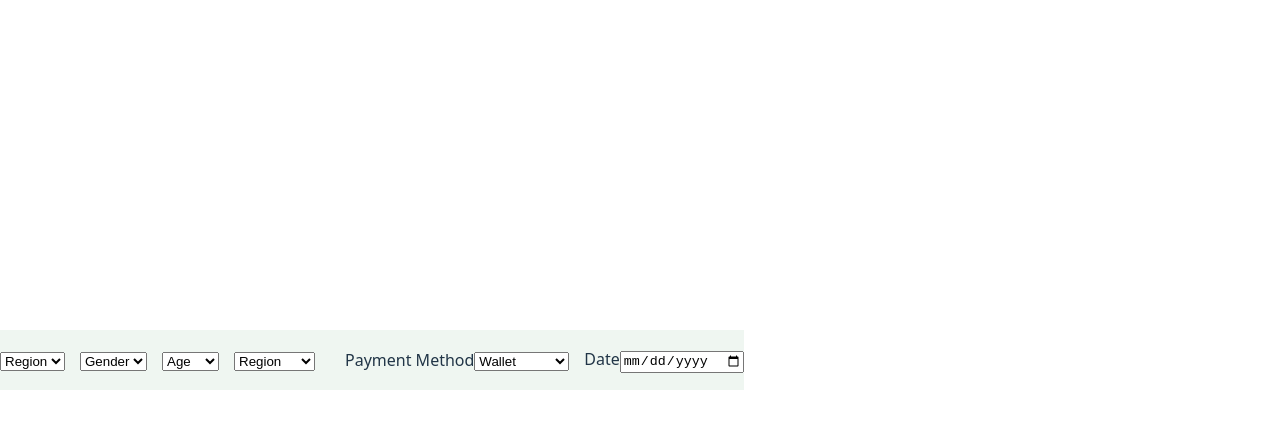
Repository: SandeepYadav18717/TruEstae
Page: / (app in TruEstae/)
An editor plug-in stored every save of this project. The page is shown before and after the next save, followed by the edit.
The browser window is 1280 px wide. The pictures show the whole page.
The project was rebuilt for these pictures with package versions that can differ from the ones it lists, and the page was loaded fresh each time. Also part of the build but not shown: TruEstae/vite.config.js, TruEstae/src/App.css, TruEstae/src/Styles/Logo.css, TruEstae/src/Pages/Logo.jsx, TruEstae/src/Styles/search_bar.css, TruEstae/src/components/search_bar.jsx.

Above is the page before, as saved 2025-12-07 00:53:29.

### TruEstae/index.html
<!doctype html>
<html lang="en">
  <head>
    <meta charset="UTF-8" />
    <link rel="icon" type="image/svg+xml" href="/vite.svg" />
    <meta name="viewport" content="width=device-width, initial-scale=1.0" />
    <title>javascript</title>
  </head>
  <body>
    <div id="root"></div>
    <script type="module" src="/src/main.jsx"></script>
  </body>
</html>

### TruEstae/src/App.jsx
import { useState } from 'react'
import reactLogo from './assets/react.svg'
import viteLogo from '/vite.svg'
import './App.css'

import Logo from './Pages/Logo.jsx'
import SearchBar from './components/search_bar.jsx'
import Home from './Pages/Home.jsx'

function App() {
  return (
    <>


     <Home />
    </>
  )
}

export default App

### TruEstae/src/Pages/Home.jsx
import Logo from "./Logo.jsx";
import SearchBar from "../components/search_bar.jsx";
import "../Styles/Home.css";
function Home() {
  return (
    <>
      <div className="Container_Ui">
        <div id="Customer_Region">

          <select>
  <option value="" hidden>Region</option>
  <option>Central</option>
  <option>North</option>
  <option>South</option>
  <option>East</option>
  <option>West</option>
</select>

          </div>

      <div id="Gender">

        <select>
            <option value="" hidden>Gender</option>
          <option>Male</option>
          <option>Female</option>
        </select>
      </div>

      <div id="Age">

        <select>
            <option value="" hidden>Age</option>
          <option>18-25</option>
          <option>26-35</option>
          <option>36-50</option>
          <option>50+</option>
        </select>
      </div>

      <div id="Product_Category">
        <select>
            <option value="" hidden>Region</option>
          <option>Beauty</option>
          <option>Electronic</option>
          <option>Clothing</option>
        </select>
      </div>

      <div id="Tags"></div>

      <div id="Payment_Method">
        <label>Payment Method</label>
        <select>
          <option>Wallet</option>
          <option>Cash</option>
          <option>Card</option>
          <option>UPI</option>
          <option>Net Banking</option>
        </select>
      </div>

      <div id="Date">
        <label>Date</label>
        <input type="date" />
      </div>
</div>
    </>
  );
}
export default Home;

### TruEstae/src/Styles/Home.css
.Container_Ui {
  display: flex;
  gap:15px;
  flex-direction: row;
  align-items: center;
  justify-content: center;
  height: 100vh;
  background-color: #eff6f1;
  height:60px;
  width: 100%;
}

Loaded but not shown: TruEstae/src/main.jsx (common file); TruEstae/src/index.css (common file)

After the next save:
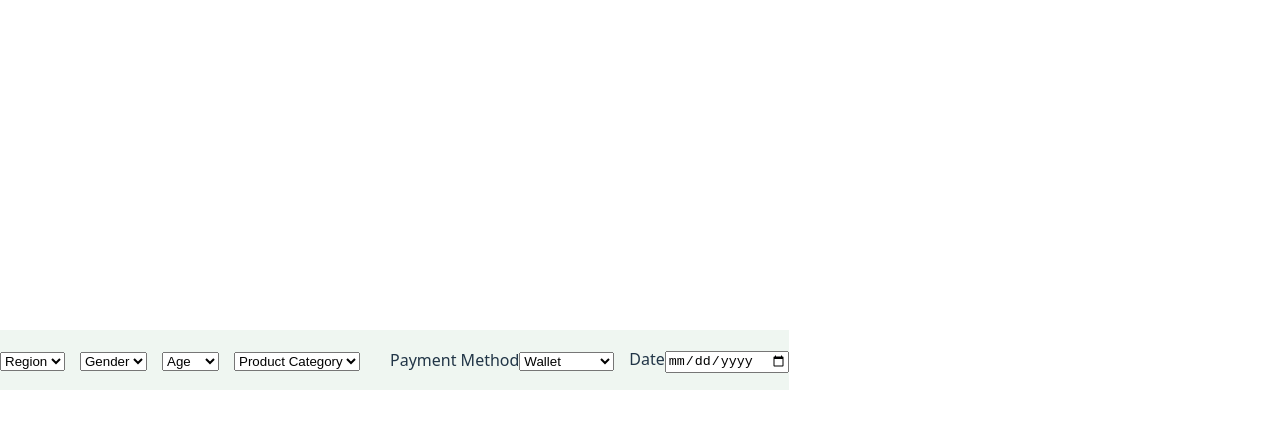
Saved 11 s later.
--- a/TruEstae/src/Pages/Home.jsx
+++ b/TruEstae/src/Pages/Home.jsx
@@ -40,7 +40,7 @@ function Home() {
 
       <div id="Product_Category">
         <select>
-            <option value="" hidden>Region</option>
+            <option value="" hidden>Product Category</option>
           <option>Beauty</option>
           <option>Electronic</option>
           <option>Clothing</option>
